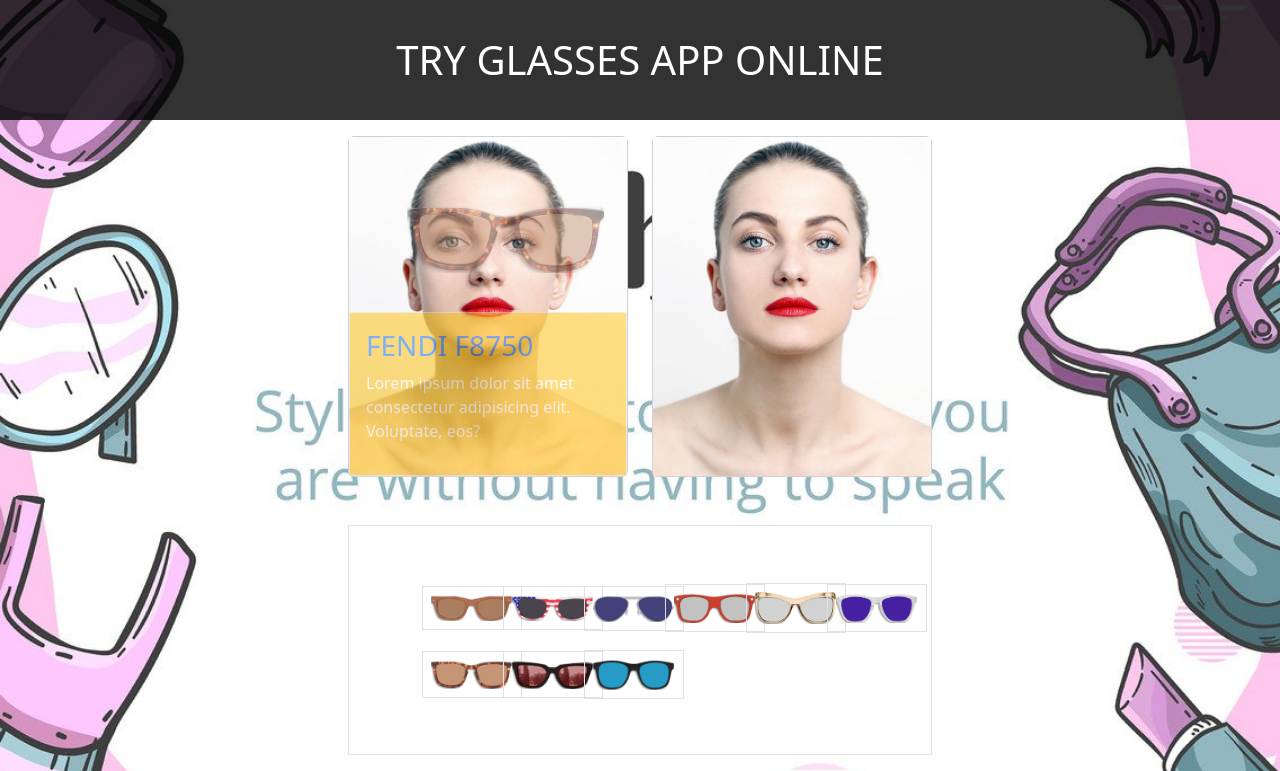
Repository: akira17518/React_JS_Glasses
Page: /
The author's editor kept a copy of each file at every save. The page is drawn from the files as they stood at one save, then again after the next save.
The browser window is 1280 px wide. The pictures show the whole page.
The project was rebuilt for these pictures with package versions that can differ from the ones it lists, and the page was loaded fresh each time.

Above is the page before, as saved 2023-05-10 11:04:42.

### public/index.html
<!DOCTYPE html>
<html lang="en">

<head>
  <meta charset="utf-8" />
  <link rel="icon" href="%PUBLIC_URL%/favicon.ico" />
  <meta name="viewport" content="width=device-width, initial-scale=1" />
  <meta name="theme-color" content="#000000" />
  <meta name="description" content="Web site created using create-react-app" />
  <link rel="apple-touch-icon" href="%PUBLIC_URL%/logo192.png" />
  <!--
      manifest.json provides metadata used when your web app is installed on a
      user's mobile device or desktop. See https://developers.google.com/web/fundamentals/web-app-manifest/
    -->
  <link rel="manifest" href="%PUBLIC_URL%/manifest.json" />
  <link href="https://cdn.jsdelivr.net/npm/bootstrap@5.3.0-alpha3/dist/css/bootstrap.min.css" rel="stylesheet"
    integrity="sha384-KK94CHFLLe+nY2dmCWGMq91rCGa5gtU4mk92HdvYe+M/SXH301p5ILy+dN9+nJOZ" crossorigin="anonymous">
  <!--
      Notice the use of %PUBLIC_URL% in the tags above.
      It will be replaced with the URL of the `public` folder during the build.
      Only files inside the `public` folder can be referenced from the HTML.

      Unlike "/favicon.ico" or "favicon.ico", "%PUBLIC_URL%/favicon.ico" will
      work correctly both with client-side routing and a non-root public URL.
      Learn how to configure a non-root public URL by running `npm run build`.
    -->
  <title>React App</title>
</head>

<body class="">
  <noscript>You need to enable JavaScript to run this app.</noscript>
  <div id="root"></div>
  <!--
      This HTML file is a template.
      If you open it directly in the browser, you will see an empty page.

      You can add webfonts, meta tags, or analytics to this file.
      The build step will place the bundled scripts into the <body> tag.

      To begin the development, run `npm start` or `yarn start`.
      To create a production bundle, use `npm run build` or `yarn build`.
    -->
  <script src="https://cdn.jsdelivr.net/npm/bootstrap@5.3.0-alpha3/dist/js/bootstrap.bundle.min.js"
    integrity="sha384-ENjdO4Dr2bkBIFxQpeoTz1HIcje39Wm4jDKdf19U8gI4ddQ3GYNS7NTKfAdVQSZe"
    crossorigin="anonymous"></script>
</body>

</html>

### src/index.js
import React from 'react';
import ReactDOM from 'react-dom/client';
import App from './App';

const root = ReactDOM.createRoot(document.getElementById('root'));
root.render(
    <App></App>
);

### src/App.js
import React, { Component } from 'react'
import BaiTapSetState from './BTsetState/BaiTapSetState'
import appCSS from './assets/app.module.css'
export default class App extends Component {
    render() {
        return (
            <div className={`${appCSS.app}`}>
                <BaiTapSetState></BaiTapSetState>
            </div>
        )
    }
}

### src/BTsetState/BaiTapSetState.jsx
import React, { Component } from 'react'
import HeaderComponent from './HeaderComponent'
import Content from './Content'
export default class extends Component {
  render() {
    return (
      <div >
        <div>
          <HeaderComponent></HeaderComponent>
        </div>
        <div className='w-50 m-auto fs-1 text-center p-3'>
          <Content></Content>
        </div>
      </div>
    )
  }
}

### src/assets/app.module.css
.app {
    background:  url(../../public/glassesImage/background.jpg);
    background-position: center;
    background-repeat: no-repeat;
    background-size: cover;
}

### src/BTsetState/HeaderComponent.jsx
import React, { Component } from 'react'
import headerStyle from '../assets/header.module.css'
export default class HeaderComponent extends Component {
    render() {
        return (
            <div className={`${headerStyle.header}`}>TRY GLASSES APP ONLINE</div>
        )
    }
}

### src/BTsetState/Content.jsx
import React, { Component } from 'react'
import glassCSS from '../assets/glass.module.css'
export default class Content extends Component {
  glasses = [
    {
      "id": 1,
      "price": 30,
      "name": "GUCCI G8850U",
      "url": "./glassesImage/v1.png",
      "desc": "Light pink square lenses define these sunglasses, ending with amother of pearl effect tip. "
    },
    {
      "id": 2,
      "price": 50,
      "name": "GUCCI G8759H",
      "url": "./glassesImage/v2.png",
      "desc": "Light pink square lenses define these sunglasses, ending with amother of pearl effect tip. "
    },
    {
      "id": 3,
      "price": 30,
      "name": "DIOR D6700HQ",
      "url": "./glassesImage/v3.png",
      "desc": "Light pink square lenses define these sunglasses, ending with amother of pearl effect tip. "
    },
    {
      "id": 4,
      "price": 70,
      "name": "DIOR D6005U",
      "url": "./glassesImage/v4.png",
      "desc": "Light pink square lenses define these sunglasses, ending with amother of pearl effect tip. "
    },
    {
      "id": 5,
      "price": 40,
      "name": "PRADA P8750",
      "url": "./glassesImage/v5.png",
      "desc": "Light pink square lenses define these sunglasses, ending with amother of pearl effect tip. "
    },
    {
      "id": 6,
      "price": 60,
      "name": "PRADA P9700",
      "url": "./glassesImage/v6.png",
      "desc": "Light pink square lenses define these sunglasses, ending with amother of pearl effect tip. "
    },
    {
      "id": 7,
      "price": 80,
      "name": "FENDI F8750",
      "url": "./glassesImage/v7.png",
      "desc": "Light pink square lenses define these sunglasses, ending with amother of pearl effect tip. "
    },
    {
      "id": 8,
      "price": 100,
      "name": "FENDI F8500",
      "url": "./glassesImage/v8.png",
      "desc": "Light pink square lenses define these sunglasses, ending with amother of pearl effect tip. "
    },
    {
      "id": 9,
      "price": 60,
      "name": "FENDI F4300",
      "url": "./glassesImage/v9.png",
      "desc": "Light pink square lenses define these sunglasses, ending with amother of pearl effect tip. "
    }
  ]
  state = {
    img: ''
  }
  renderModelRight = () => {
    return <div className='card-right card position relative'>
      <img src={this.state.img} alt="" className={`${glassCSS.glass}`} width={200} />
      <img src="./glassesImage/model.jpg" alt="" />
    </div>
  }
  renderGlass = () => {
    let outputGlass = this.glasses.map(glass => {
      return <div className="col-2">
        <button className='btn btn-white' key={glass.id} onClick={() => {
          this.setState({
            img: `${glass.url}`
          })
        }}>
          <img src={glass.url} className='border p-2' alt="" width={100} />
        </button>

      </div>
    })
    return outputGlass
  }

  render() {
    return (
      <div className='container'>
        <div className="top-model">
          <div className="row">
            <div className="col-6">
              <div className='card-left card position relative'>
                <img src="./glassesImage/v7.png" alt="" className={`${glassCSS.glass}`} width={200} />
                <img src="./glassesImage/model.jpg" alt="" />
                <div className="card-body fs-6 text-start position-absolute bottom-0 end-0 start-0 opacity-50 bg-warning border">
                  <h3 className='text-primary'>FENDI F8750</h3>
                  <p className='text-white'>Lorem ipsum dolor sit amet consectetur adipisicing elit. Voluptate, eos?</p>
                </div>
              </div>
            </div>
            <div className="col-6">
              {this.renderModelRight()}
            </div>
          </div>
        </div>
        <div className="bot-model p-5 border mt-5">
          <div className="container">
            <div className="row">
              {this.renderGlass()}
            </div>
          </div>
        </div>
      </div>
    )
  }
}

### src/assets/header.module.css
.header {
    background-color: black;
    opacity: 0.8;
    color: #fff;
    text-align: center;
    font-size: 40px;
    padding: 30px;
}

### src/assets/glass.module.css
.glass {
    position: absolute;
    bottom: 60%;
    left: 21%;
    opacity: 0.5;
}

After the next save:
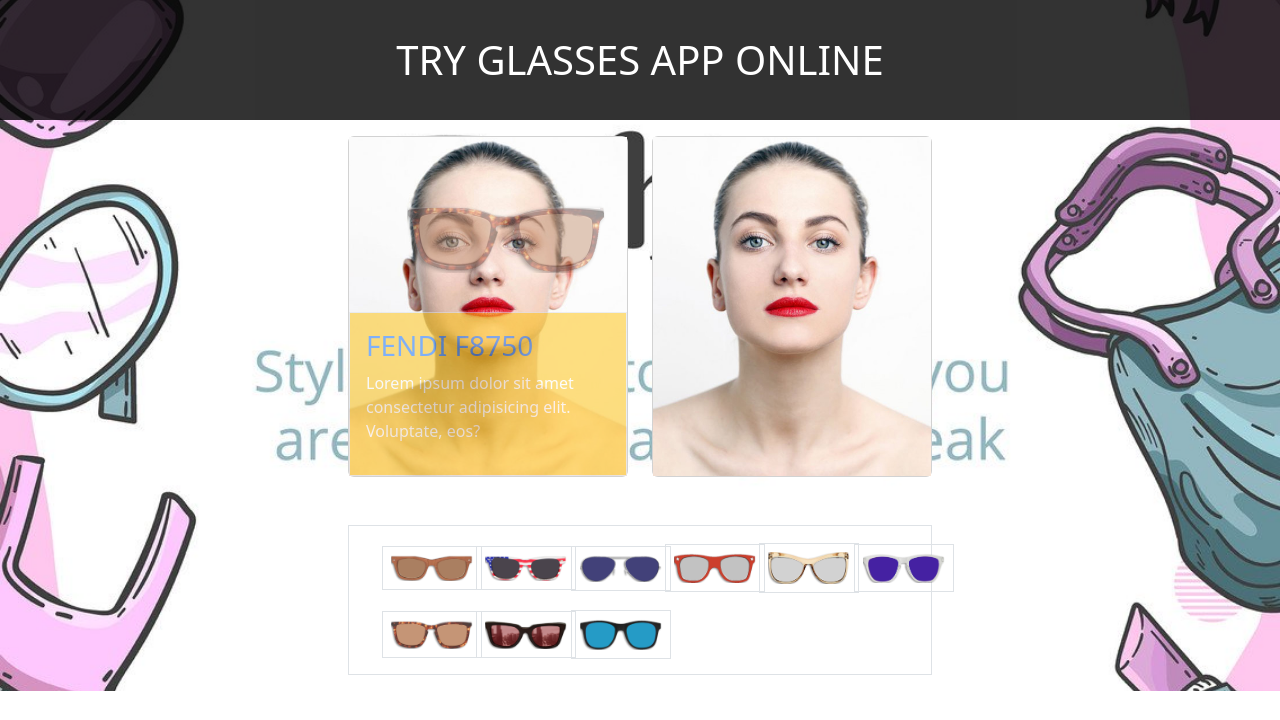
Saved 15 s later.
--- a/src/BTsetState/Content.jsx
+++ b/src/BTsetState/Content.jsx
@@ -111,7 +111,7 @@
             </div>
           </div>
         </div>
-        <div className="bot-model p-5 border mt-5">
+        <div className="bot-model p-2 border mt-5">
           <div className="container">
             <div className="row">
               {this.renderGlass()}
